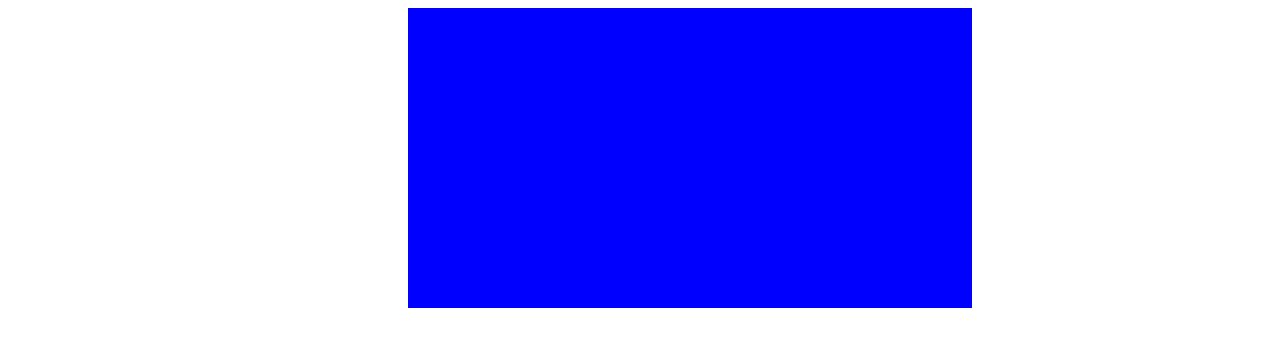
Repository: MMXiaohang/frontend-interview-coding
Page: 17.三栏布局.html
These files come from the project's save history. The page is drawn as it stood at one moment and after the next save; the edit follows.
The browser window is 1280 px wide. The pictures show the whole page.

Above is the page before, as saved 2022-04-01 11:07:28.

After the next save:
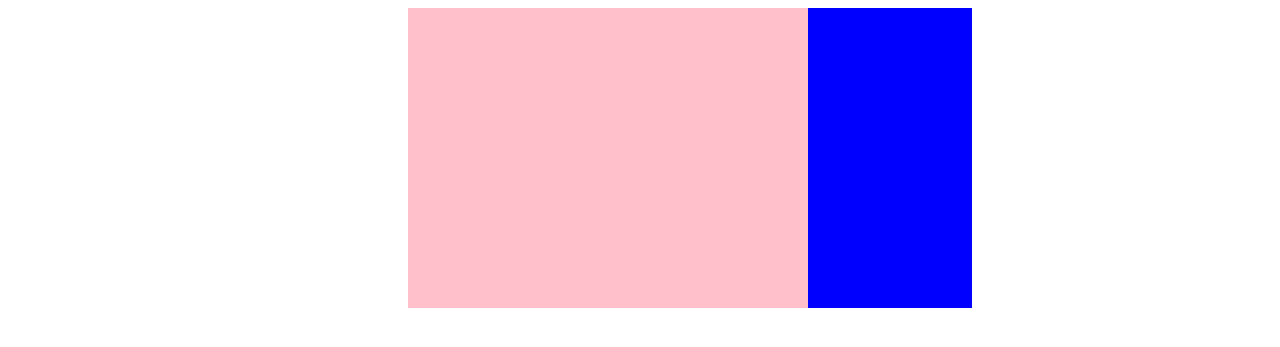
Saved 46 s later.
--- a/17.三栏布局.html
+++ b/17.三栏布局.html
@@ -28,8 +28,8 @@
         #left{
             position: relative;
             width: 400px;
-            /* left: -400px;
-            margin-left: -100%; */
+            /* /* left: -400px; */
+            margin-left: -100%;
             background-color: pink;
         }
 
